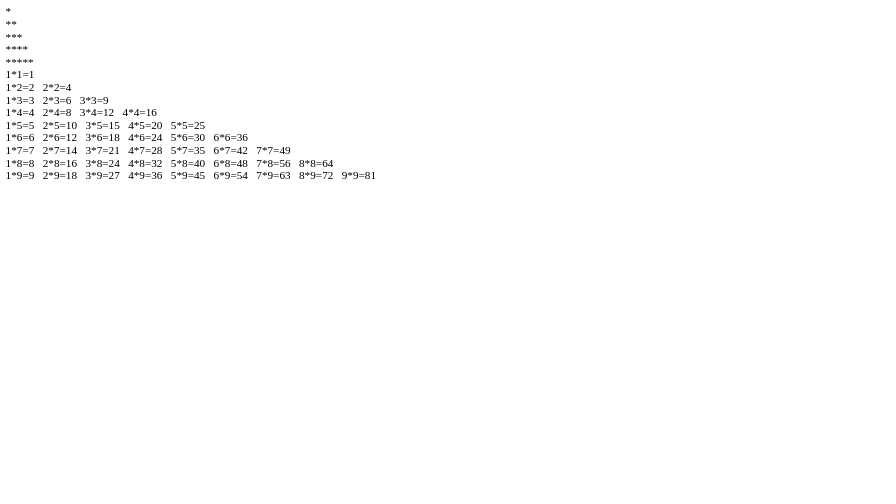
Repository: w441813542/webrecord
Page: JavaScript部分/20for循环练习.html
These files come from the project's save history. The page is drawn as it stood at one moment and after the next save; the edit follows.
The browser window is 1280 px wide. The pictures show the part of the page from y = 0 to 1920 px (the page is 720 px tall before and 5362 px after), at 70% of full size.

Above is the page before, as saved 2021-03-18 10:41:30.

### JavaScript部分/20for循环练习.html
<html lang="en">

<head>
    <meta charset="UTF-8">
    <meta http-equiv="X-UA-Compatible" content="IE=edge">
    <meta name="viewport" content="width= , initial-scale=1.0">
    <title>Document</title>
    <script type="text/javascript">
        /**

        输出：
          *
          **
          ***
          ****
          *****
        */
        for (var i = 1; i <= 5; i++) {
            for (var j = 0; j < i; j++) {
                document.write("*");
            }
            document.write("<br/>");
        }

        /**
         * 打印九九乘法表
         */

        for (var i = 1; i <= 9; i++) {
            for (var j = 1; j <= i; j++) {
                document.write(j + "*" + i + "=" + (i * j) + "&nbsp;&nbsp;&nbsp;");
            }
            document.write("<br/>");
        }


        /**
         * 打印1-100所有质数
         */
        for (var i = 2; i <= 100; i++) {
            var flag = true;
            for (var j = 2; i < i; j++) {
                if (i % j == 0) {
                    document.write(i + "<br/>");
                }
            }
        }
    </script>
</head>

<body>
</body>

</html>

After the next save:
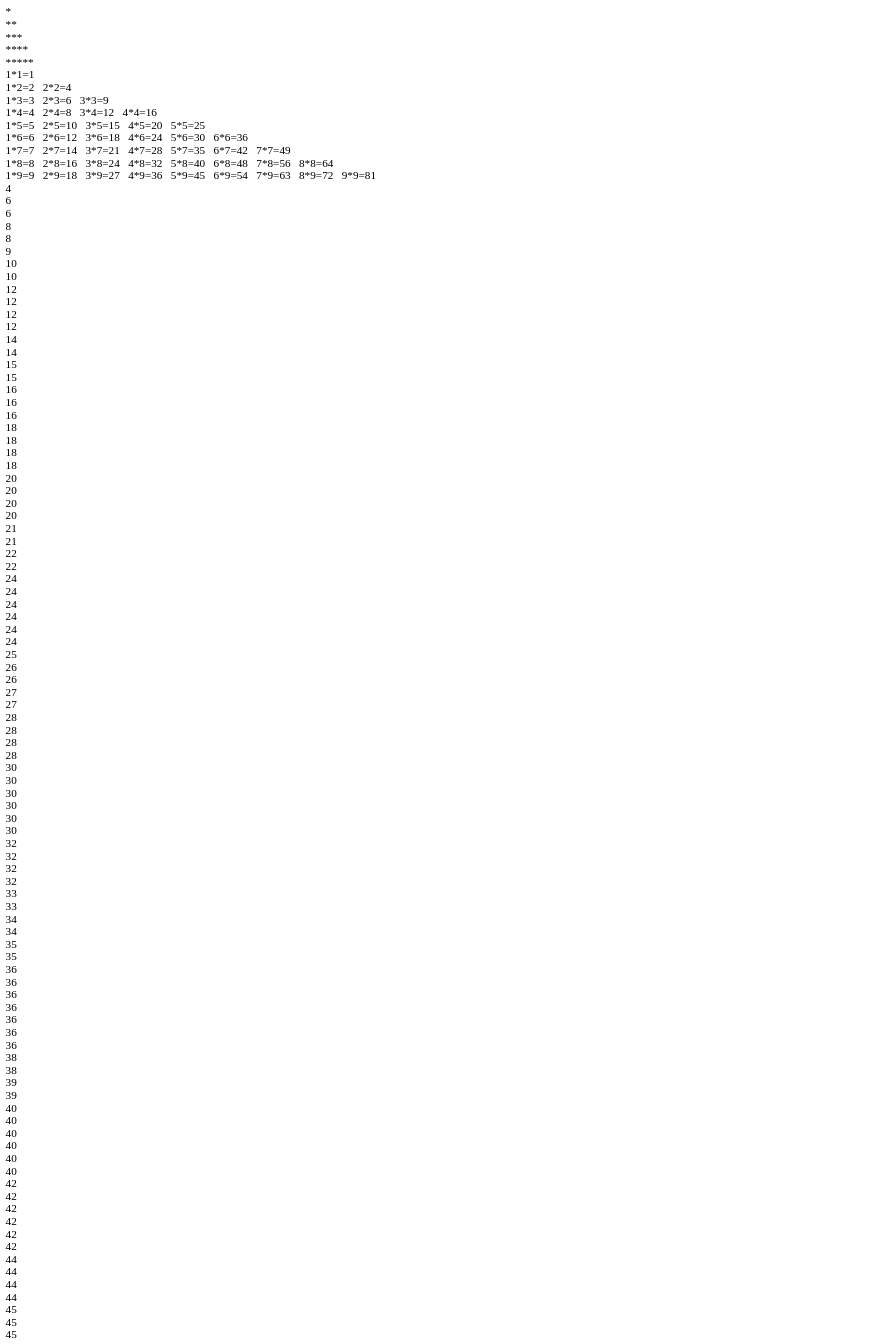
Saved 16 s later.
--- a/JavaScript部分/20for循环练习.html
+++ b/JavaScript部分/20for循环练习.html
@@ -39,7 +39,7 @@
          */
         for (var i = 2; i <= 100; i++) {
             var flag = true;
-            for (var j = 2; i < i; j++) {
+            for (var j = 2; j < i; j++) {
                 if (i % j == 0) {
                     document.write(i + "<br/>");
                 }
